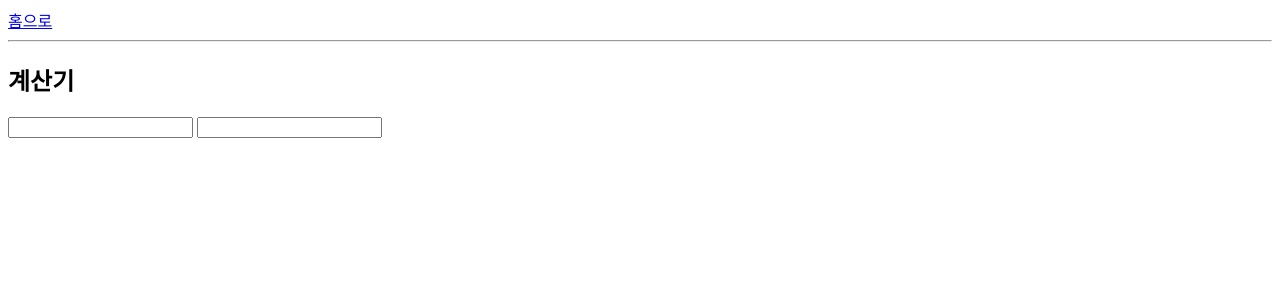
Repository: hyewoon/web
Page: http://localhost/servlet04/operator/calculator.jsp
An editor plug-in stored every save of this project. The page is shown before and after the next save, followed by the edit.
The browser window is 1280 px wide. The pictures show the whole page.
The page is served by Tomcat 9.

Above is the page before, as saved 2022-11-17 05:47:59.

After the next save:
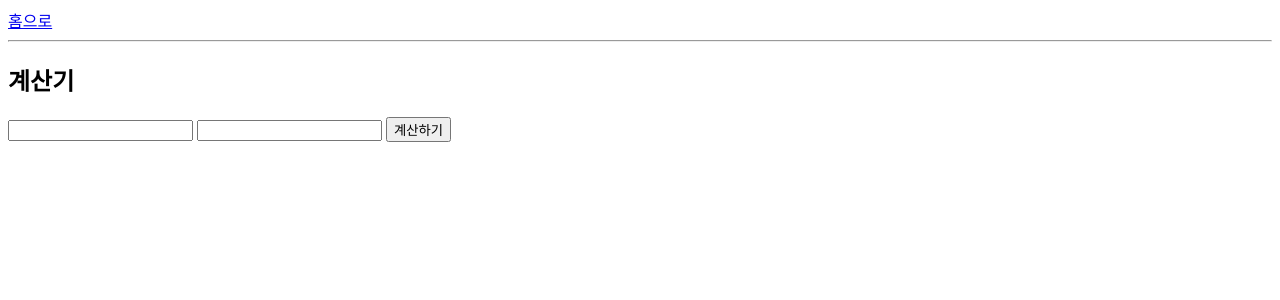
Saved 16 s later.
--- a/servlet04/src/main/webapp/operator/calculator.jsp
+++ b/servlet04/src/main/webapp/operator/calculator.jsp
@@ -13,6 +13,7 @@
 <form action="">
 <input type ="text" name = 'num1'>
 <input type ="text" name = 'num2'>
+<input type ="submit" value = '계산하기'>
 
 </form>
 
